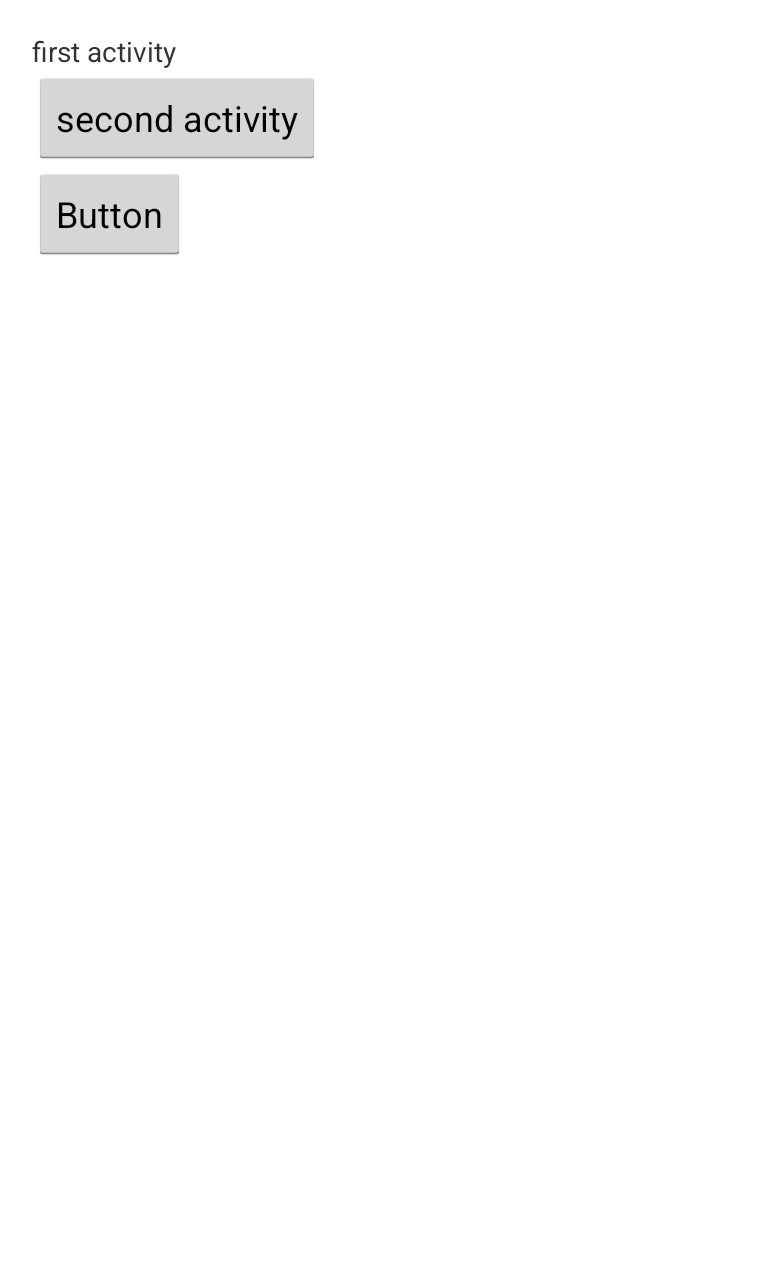
Repository: DongHuaLu/android
Layout: 23TwoActivity/res/layout/activity_main.xml
An editor plug-in stored every save of this project. The layout is shown before and after the next save, followed by the edit.
It is drawn on a 768 x 1280 px phone screen (xhdpi) without system bars, with theme AppTheme; the app's code is not run.

Above is the layout before, as saved 2013-08-28 07:02:21.

After the next save:
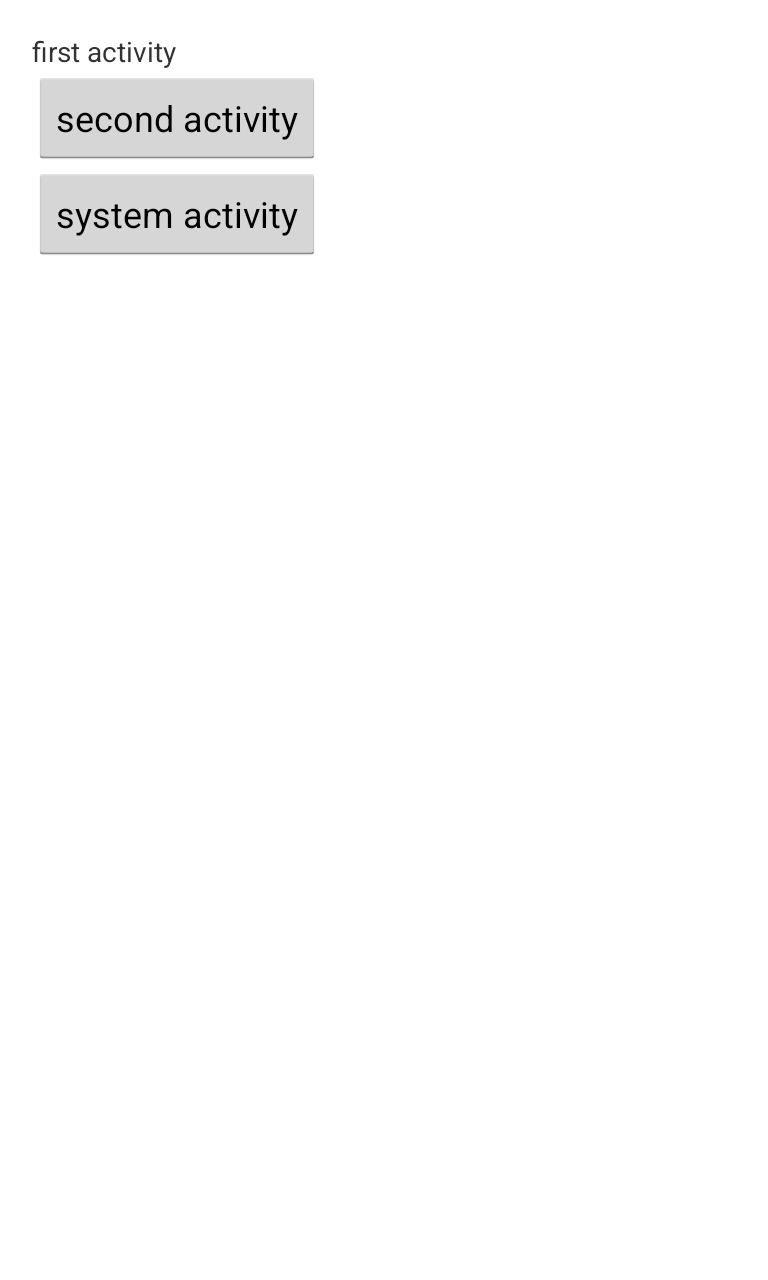
Saved 14 s later.
--- a/23TwoActivity/res/layout/activity_main.xml
+++ b/23TwoActivity/res/layout/activity_main.xml
@@ -24,6 +24,6 @@
         android:id="@+id/button1"
         android:layout_width="wrap_content"
         android:layout_height="wrap_content"
-        android:text="Button" />
+        android:text="system activity" />
 
 </LinearLayout>
